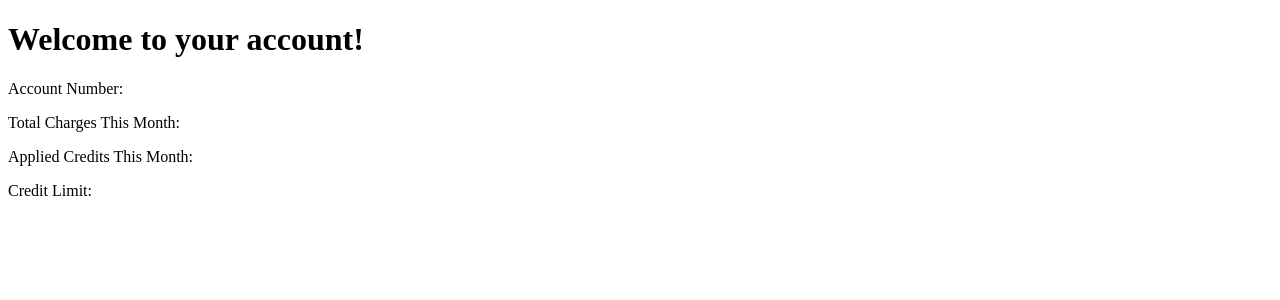
Repository: mlmEFSC21/P10-Exceeded-Credit
Page: credit.html
An editor plug-in stored every save of this project. The page is shown before and after the next save, followed by the edit.
The browser window is 1280 px wide. The pictures show the whole page.

Above is the page before, as saved 2022-02-26 17:29:20.

### credit.html
<!DOCTYPE html>
<html lang="en">
    <head>
        <meta charset="UTF-8" />
        <meta http-equiv="X-UA-Compatible" content="IE=edge" />
        <meta name="viewport" content="width=device-width, initial-scale=1.0" />
        <script defer src="credit.js"></script>
        <title>Credit Check</title>
    </head>
    <body>
        <header>
            <h1>Welcome to your account!</h1>
        </header>
        <section class="accountInfo">
            <p class="accountNo">Account Number:</p>
            <p class="monthlyCharges">Total Charges This Month:</p>
            <p class="creditsApplied">Applied Credits This Month:</p>
            <p class="creditLimit">Credit Limit:</p>
        </section>
    </body>
</html>

### credit.js
const customer = {
    lastName: "Doe",
    firstName: "John",
    accountNo: 123456789,
    beginMonthBalance: 500,
    monthlyCharges: 250,
    creditLimit: 2000,
};

console.log(customer.accountNo);

After the next save:
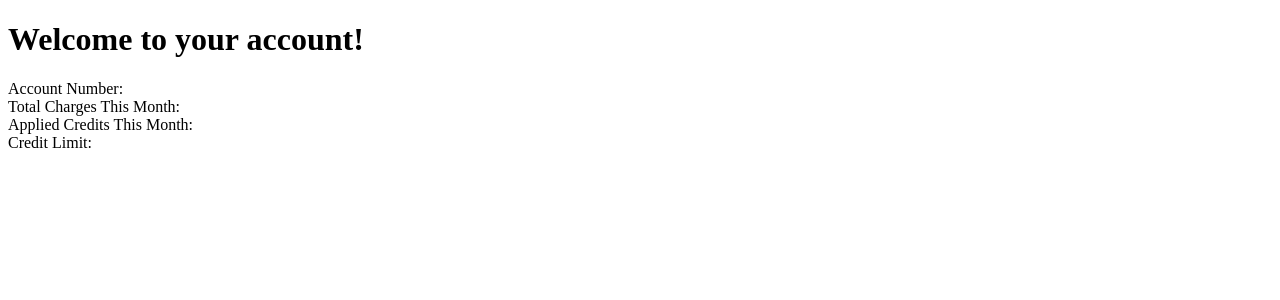
Saved 2 min 22 s later.
--- a/credit.html
+++ b/credit.html
@@ -12,10 +12,12 @@
             <h1>Welcome to your account!</h1>
         </header>
         <section class="accountInfo">
-            <p class="accountNo">Account Number:</p>
-            <p class="monthlyCharges">Total Charges This Month:</p>
-            <p class="creditsApplied">Applied Credits This Month:</p>
-            <p class="creditLimit">Credit Limit:</p>
+            <div class="accountContainer">
+                <div class="accountNo">Account Number:</div>
+                <div class="monthlyCharges">Total Charges This Month:</div>
+                <div class="creditsApplied">Applied Credits This Month:</div>
+                <div class="creditLimit">Credit Limit:</div>
+            </div>
         </section>
     </body>
 </html>
